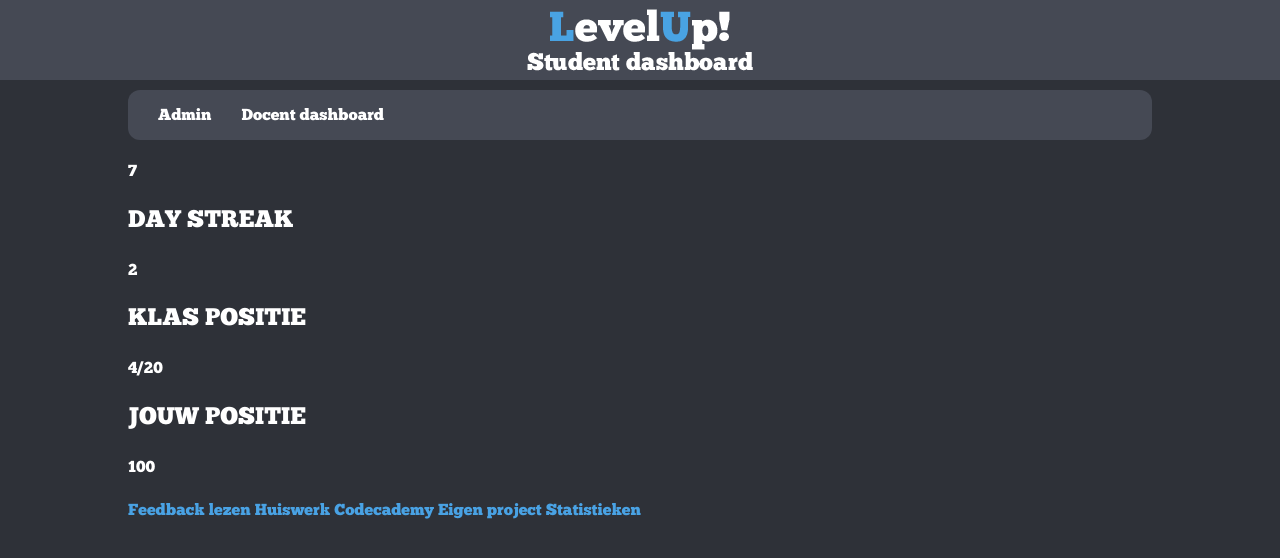
Repository: boblanckenburg/levelup
Page: website/src/index.html
An editor plug-in stored every save of this project. The page is shown before and after the next save, followed by the edit.
The browser window is 1280 px wide. The pictures show the whole page.

Above is the page before, as saved 2014-09-19 12:18:56.

After the next save:
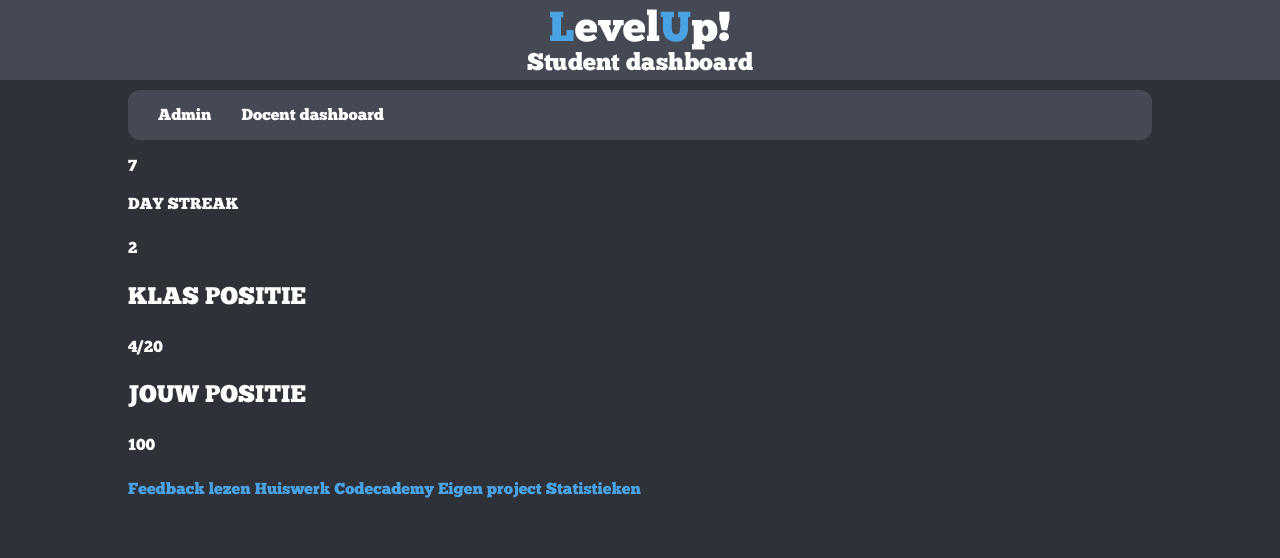
Saved 18 days later.
--- a/website/src/index.html
+++ b/website/src/index.html
@@ -27,8 +27,8 @@
 			<section class="content">
 				<section class="streaks">
 					<div class="streakitem">
-						<h1>7</h1>
-						<h2>DAY STREAK</h2>
+						<p>7</p>
+						<p>DAY STREAK</p>
 					</div>
 					<div class="streakitem">
 						<h1>2</h1>
